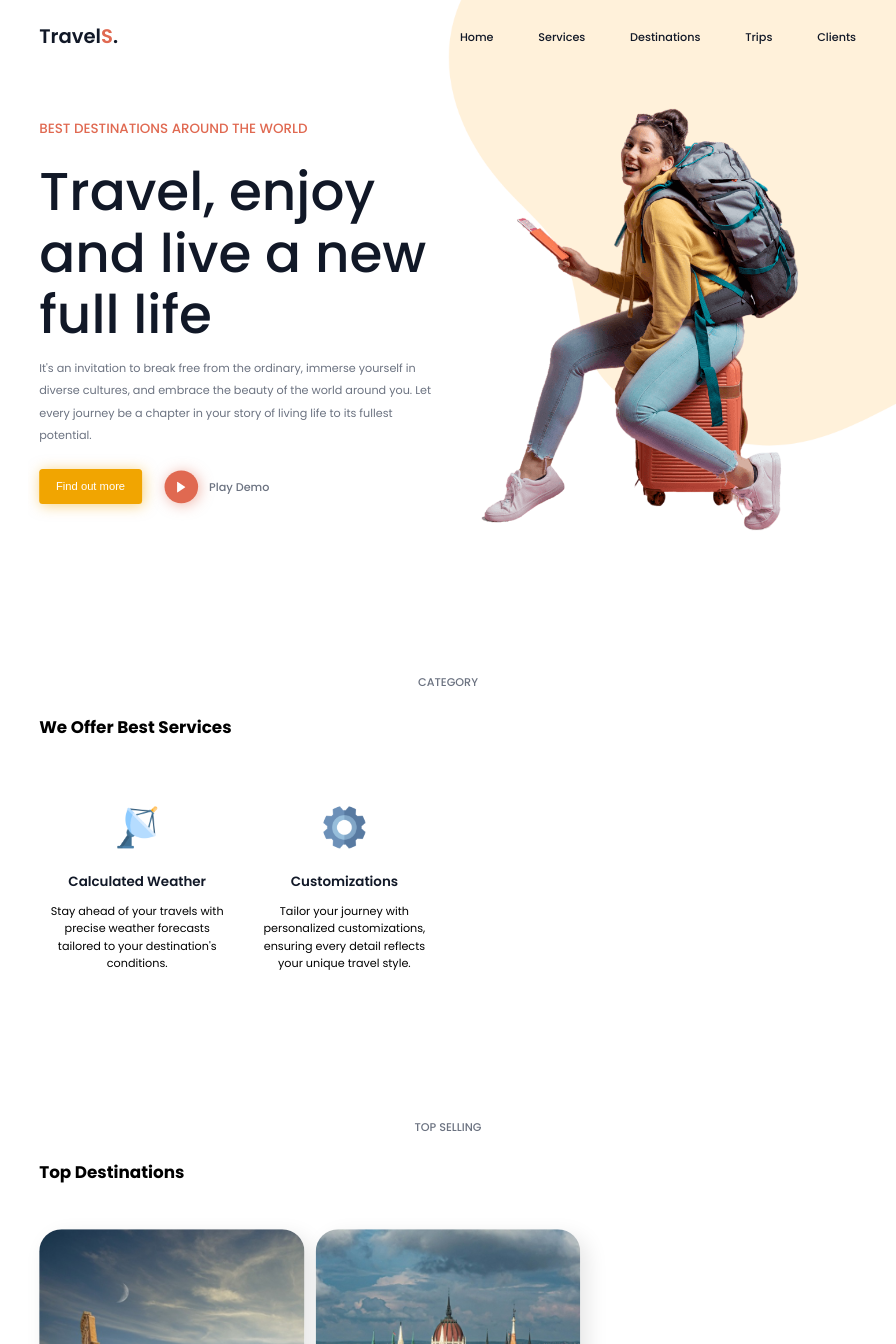
Repository: ntandomagana/travel-website
Page: index.html
These files come from the project's save history. The page is drawn as it stood at one moment and after a run of saves; the edit follows.
The browser window is 1280 px wide. The pictures show the part of the page from y = 0 to 1920 px (the page is 3950 px tall before and 5306 px after), at 70% of full size.

Above is the page before, as saved 2024-05-07 14:50:52.

After the next 3 saves:
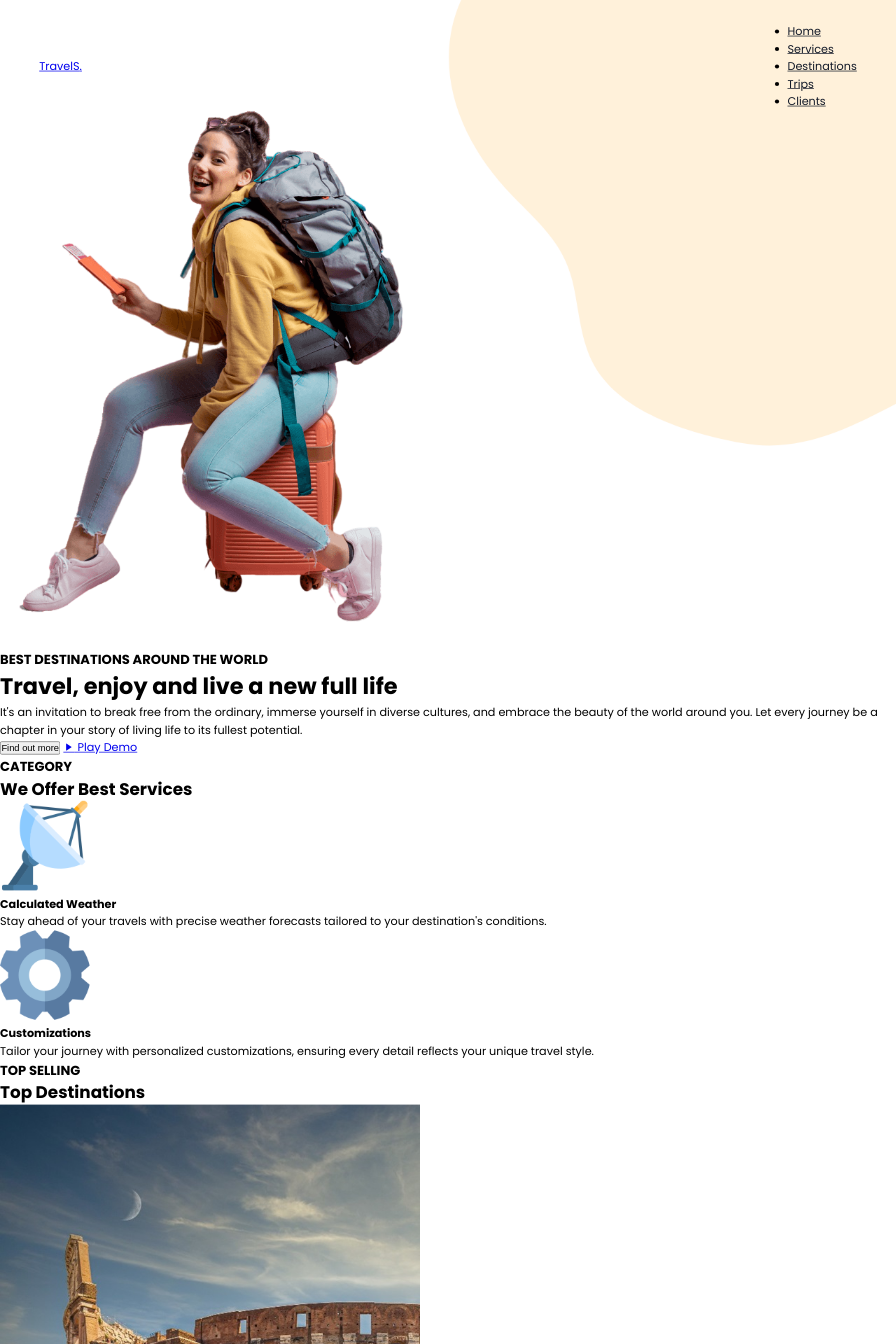
The 3 saves are shown as one change because they came seconds apart.
The last was saved 23 s later.
--- a/style.css
+++ b/style.css
@@ -45,7 +45,7 @@ nav {
   background-color: var(--text-dark);
 }
 
-//
+/*
 .nav-header .logo {
   color: var(--white);
 }

After the 2 saves that followed:
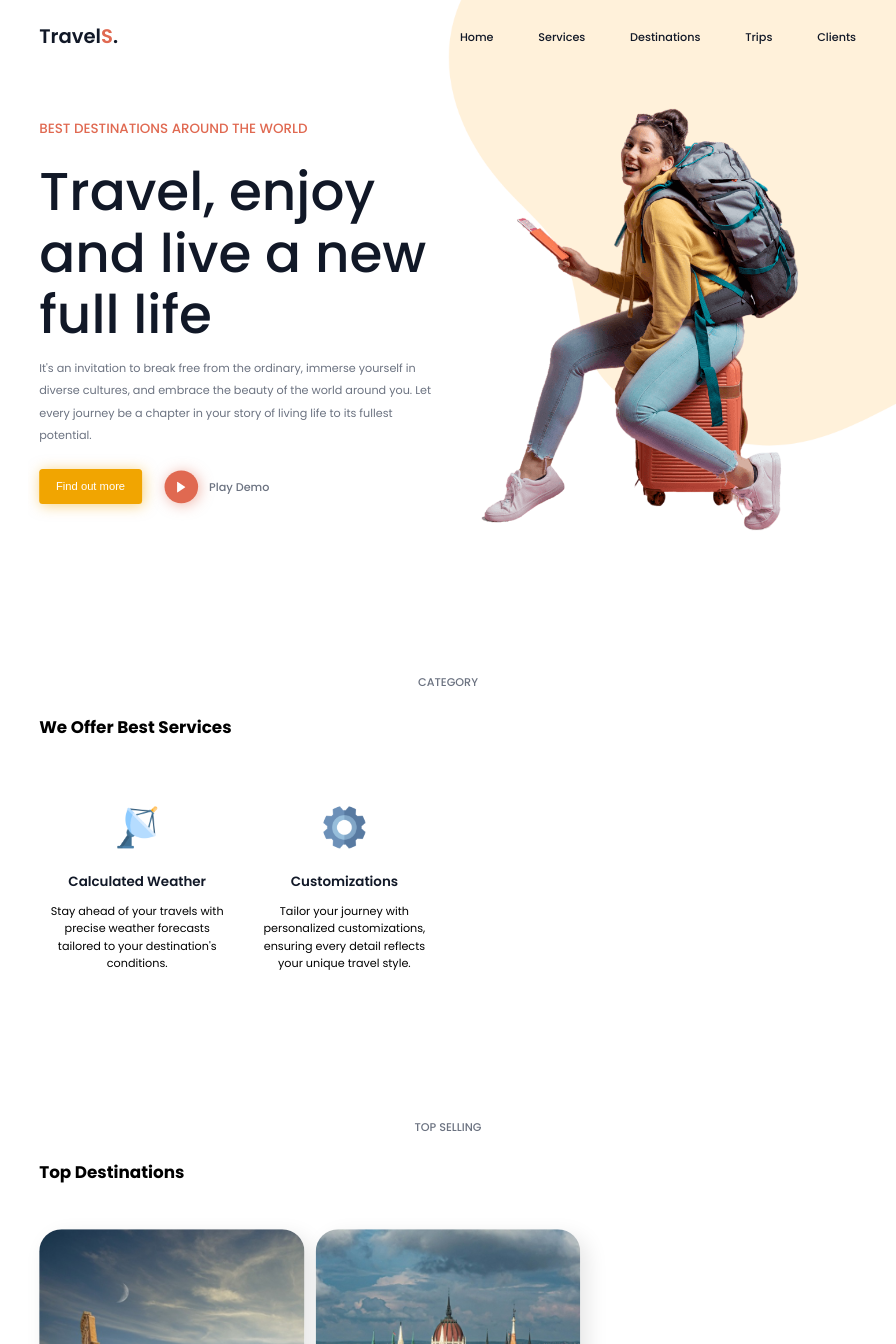
The 2 saves are shown as one change because they came seconds apart.
The last was saved 7 s later.
--- a/style.css
+++ b/style.css
@@ -50,6 +50,8 @@ nav {
   color: var(--white);
 }
 
+*/
+
 
 .nav-menu-btn {
   font-size: 1rem;
